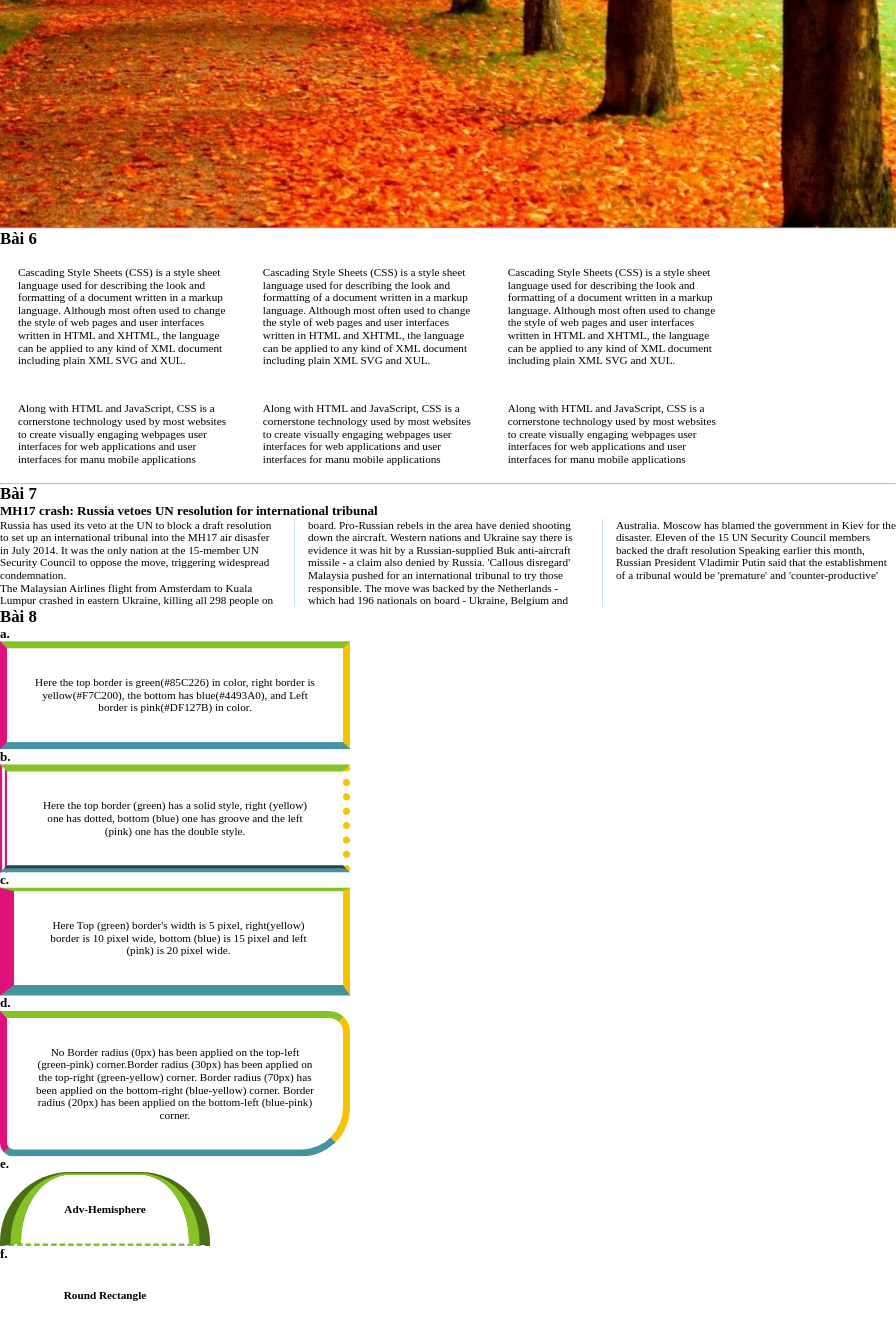
Repository: hoangnguyen1903/STT_21084321_NguyenHuyHoang_DHKHMT17B
Page: html/index.html
These files come from the project's save history. The page is drawn as it stood at one moment and after the next save; the edit follows.
The browser window is 1280 px wide. The pictures show the part of the page from y = 1633 to 3553 px (the page is 3533 px tall before and 3553 px after), at 70% of full size.

Above is the page before, as saved 2023-03-03 14:57:56.

After the next save:
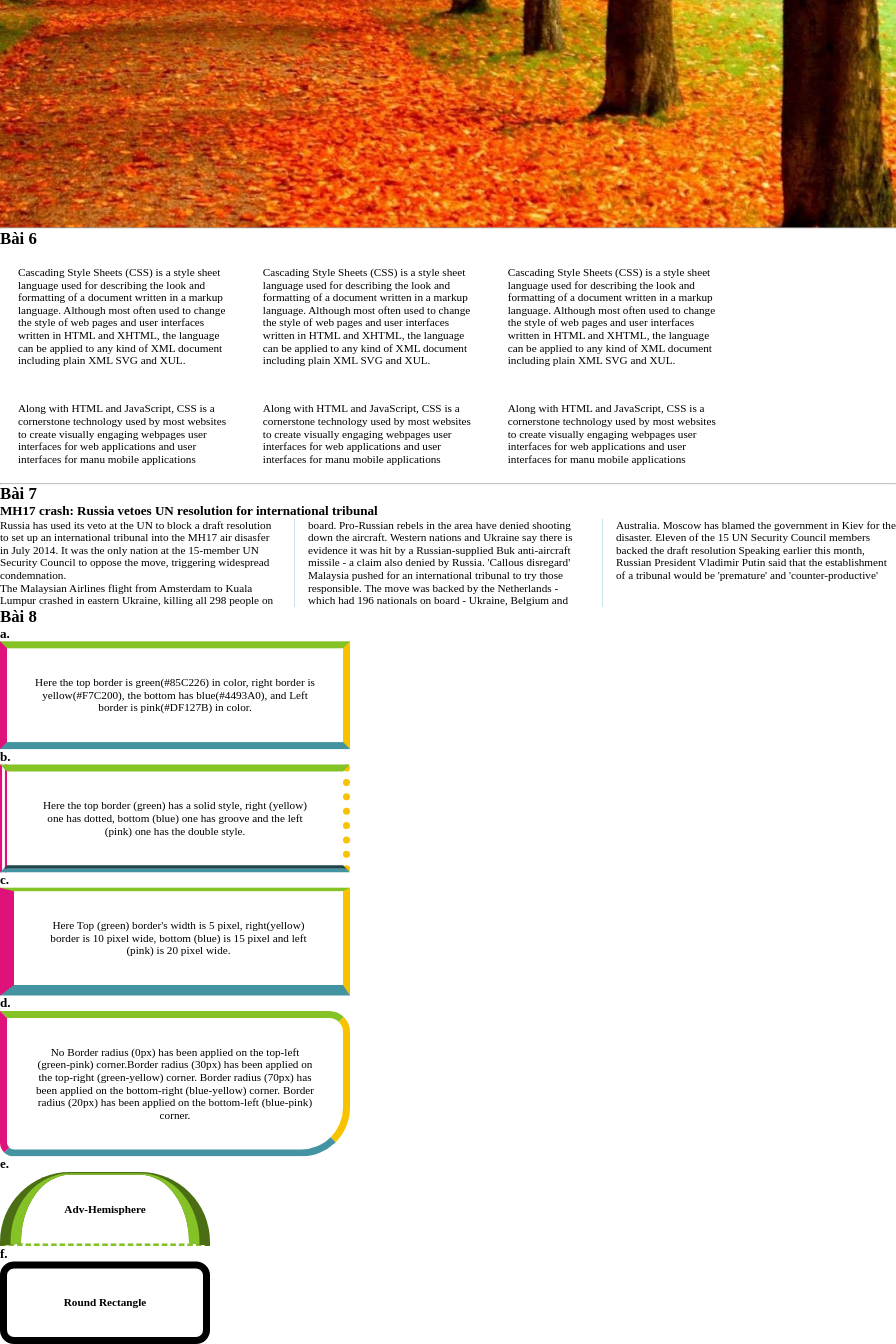
Saved 22 s later.
--- a/html/index.html
+++ b/html/index.html
@@ -151,6 +151,7 @@
         text-align: center;
         border-color: f7c200;
         border-width: 10px;
+        border-style: solid;
         border-radius: 20px;
         -moz-border-radius: 20px;
         -webkit-border-radius: 20px;
